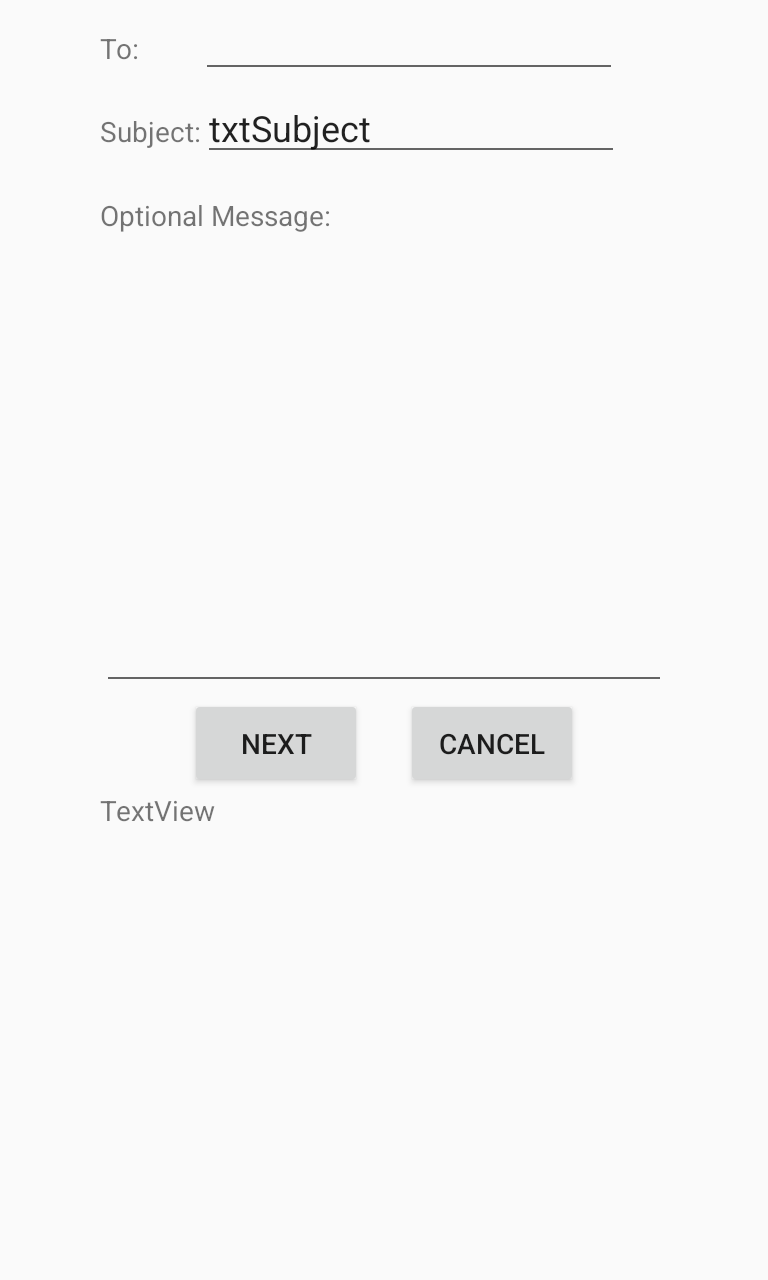
Repository: TeamZhao/Assignment-Tracker
Layout: AssignmentTracker/res/layout/activity_get_email_info.xml
The author's editor kept a copy of each file at every save. The layout is drawn from the files as they stood at one save, then again after the next save.
It is drawn on a 768 x 1280 px phone screen (xhdpi) without system bars, with theme AppTheme; the app's code is not run.

Above is the layout before, as saved 2014-12-01 02:44:56.

After the next save:
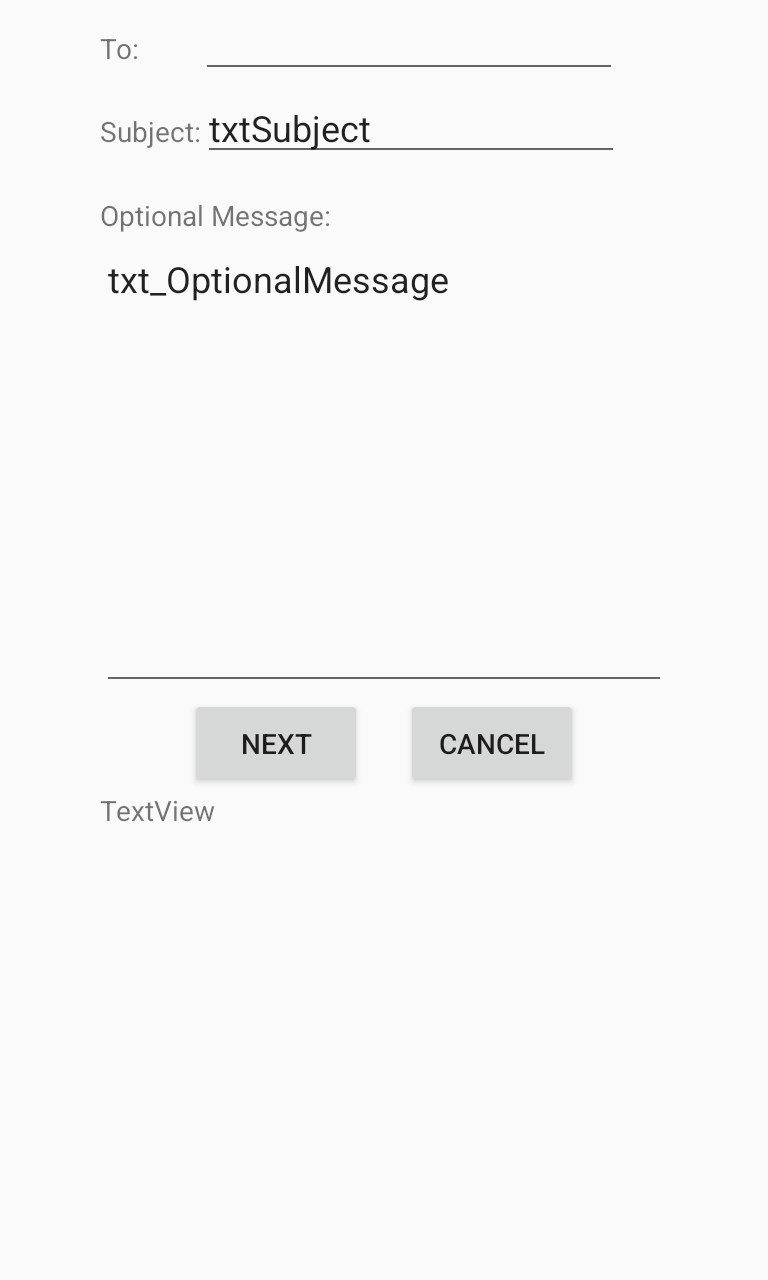
Saved 16 s later.
--- a/AssignmentTracker/res/layout/activity_get_email_info.xml
+++ b/AssignmentTracker/res/layout/activity_get_email_info.xml
@@ -59,7 +59,8 @@
         android:layout_height="wrap_content"
         android:gravity="center_vertical|top"
         android:inputType="textMultiLine"
-        android:lines="10" />
+        android:lines="10"
+        android:text="txt_OptionalMessage"/>
 
 
     <LinearLayout
